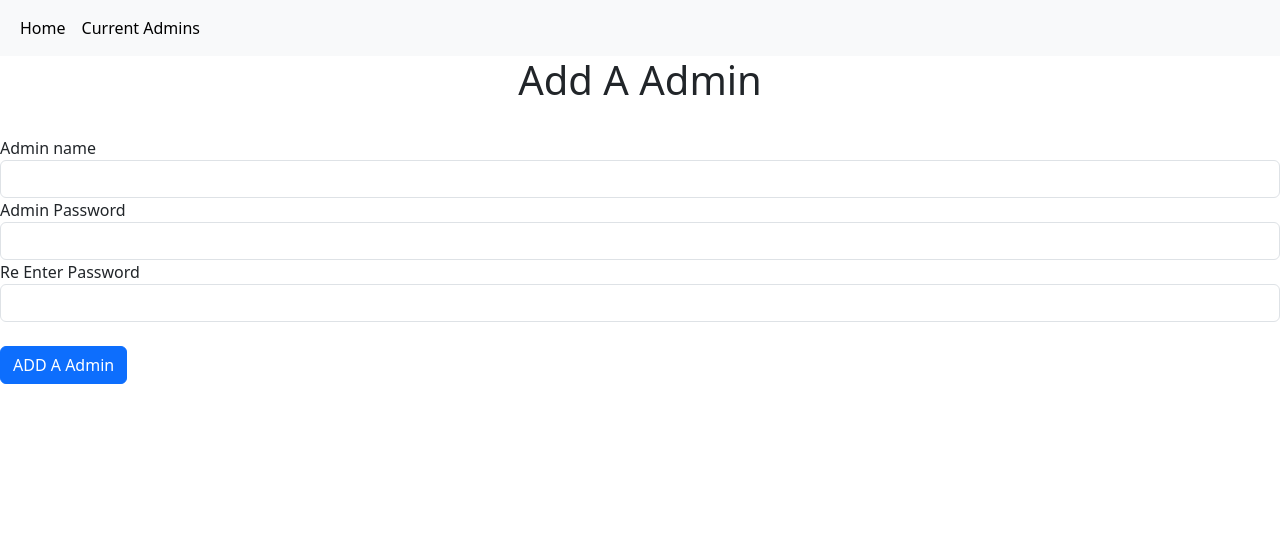
Repository: SachinUthpala/Railway-Reservation
Page: http://localhost/Railway/Admin/UpdateUsers/UpdateUsers.jsp
An editor plug-in stored every save of this project. The page is shown before and after the next save, followed by the edit.
The browser window is 1280 px wide. The pictures show the whole page.
The page is served by Tomcat 9. Other server files are loaded and not shown.

Above is the page before, as saved 2023-05-19 19:36:50.

### Railway/src/main/webapp/Admin/UpdateUsers/UpdateUsers.jsp
<!DOCTYPE html>
<html lang="en">
<head>
    <meta charset="UTF-8">
    <meta http-equiv="X-UA-Compatible" content="IE=edge">
    <meta name="viewport" content="width=device-width, initial-scale=1.0">
    <title>Update Admins</title>
    <link rel="stylesheet" href="../Style/boostrap.min.css">
</head>
<body>

	<nav class="navbar navbar-expand-lg bg-body-tertiary">
			  <div class="container-fluid">
			    <div class="collapse navbar-collapse" id="navbarSupportedContent">
			      <ul class="navbar-nav me-auto mb-2 mb-lg-0">
			        <li class="nav-item">
			          <a class="nav-link active" aria-current="page" href="Reserve/reserve.jsp">Home</a>
			        </li>

			        <li class="nav-item">
			          <a class="nav-link active" aria-current="page" href="../../Curent_sv">Current Admins</a>
			        </li>
			      </ul>
			    </div>
			  </div>
			</nav>

    <h1><center>Add A Admin</center></h1>
    <br>
    <form method="post" action="../../updateAdmins">
        <div >
          <label for="exampleInputEmail1">Admin name</label>
          <input type="text" class="form-control"  name="name">
        </div>
        <div class="form-group">
          <label >Admin Password</label>
          <input type="text" class="form-control" name = "password" >
        </div>
        <div class="form-group">
            <label >Re Enter Password</label>
            <input type="text" class="form-control"  name= "repassword">
          </div>

          <br>
        <button type="submit" class="btn btn-primary">ADD A Admin</button>
      </form>
      <br><br>

</body>
</html>

Loaded but not shown: Railway/src/main/webapp/Admin/Style/boostrap.min.css (library)

After the next save:
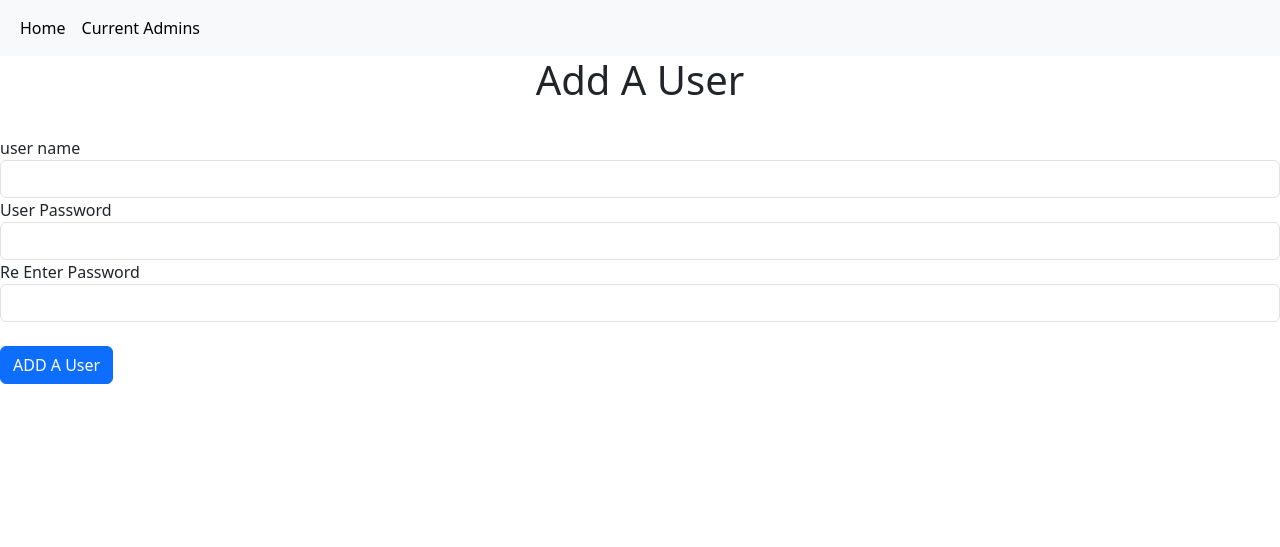
Saved 58 s later.
--- a/Railway/src/main/webapp/Admin/UpdateUsers/UpdateUsers.jsp
+++ b/Railway/src/main/webapp/Admin/UpdateUsers/UpdateUsers.jsp
@@ -4,7 +4,7 @@
     <meta charset="UTF-8">
     <meta http-equiv="X-UA-Compatible" content="IE=edge">
     <meta name="viewport" content="width=device-width, initial-scale=1.0">
-    <title>Update Admins</title>
+    <title>Update Users</title>
     <link rel="stylesheet" href="../Style/boostrap.min.css">
 </head>
 <body>
@@ -25,15 +25,15 @@
 			  </div>
 			</nav>
 
-    <h1><center>Add A Admin</center></h1>
+    <h1><center>Add A User</center></h1>
     <br>
     <form method="post" action="../../updateAdmins">
         <div >
-          <label for="exampleInputEmail1">Admin name</label>
+          <label for="exampleInputEmail1">user name</label>
           <input type="text" class="form-control"  name="name">
         </div>
         <div class="form-group">
-          <label >Admin Password</label>
+          <label >User Password</label>
           <input type="text" class="form-control" name = "password" >
         </div>
         <div class="form-group">
@@ -42,7 +42,7 @@
           </div>
 
           <br>
-        <button type="submit" class="btn btn-primary">ADD A Admin</button>
+        <button type="submit" class="btn btn-primary">ADD A User</button>
       </form>
       <br><br>
 

After the save that followed:
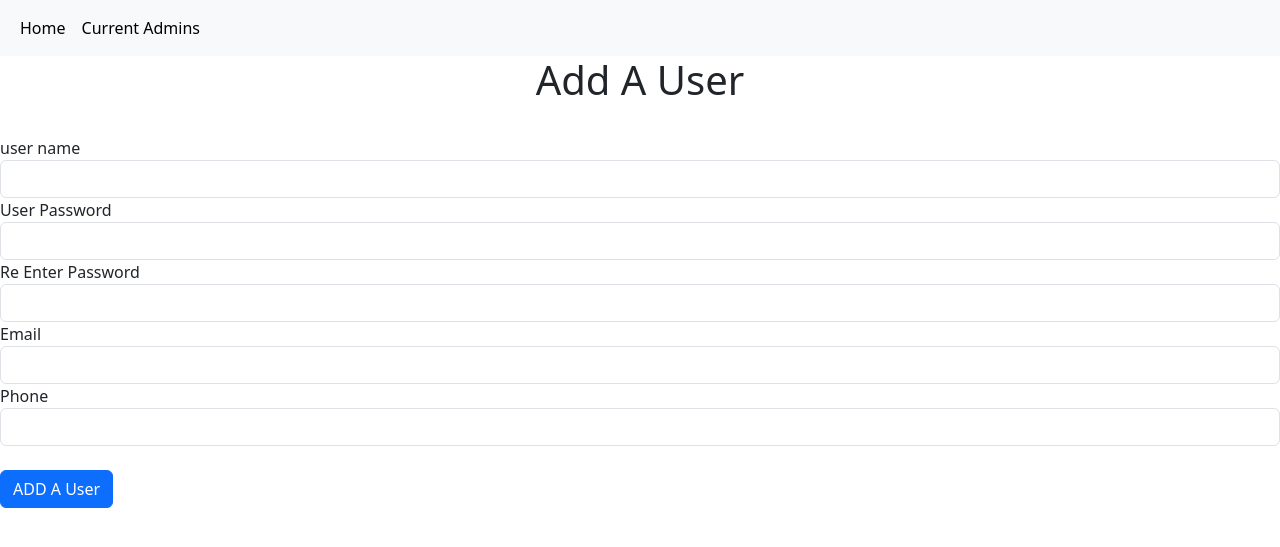
Saved 77 s later.
--- a/Railway/src/main/webapp/Admin/UpdateUsers/UpdateUsers.jsp
+++ b/Railway/src/main/webapp/Admin/UpdateUsers/UpdateUsers.jsp
@@ -41,6 +41,14 @@
             <input type="text" class="form-control"  name= "repassword">
           </div>
 
+         <div class="form-group">
+            <label >Email</label>
+            <input type="text" class="form-control"  name= "repassword">
+          </div>
+          <div class="form-group">
+            <label >Phone</label>
+            <input type="text" class="form-control"  name= "repassword">
+          </div>
           <br>
         <button type="submit" class="btn btn-primary">ADD A User</button>
       </form>
